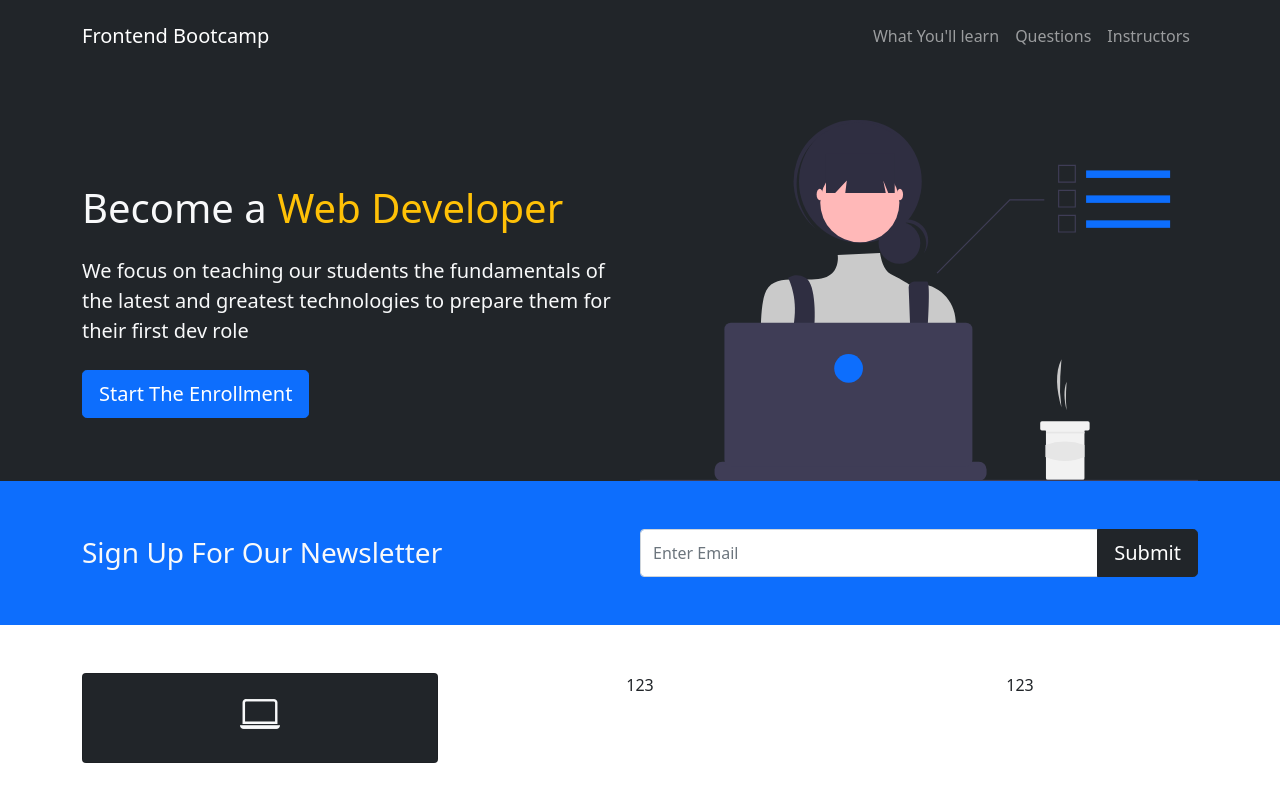
Repository: Marhamat92/Bootstrap5-Responsive-Website-
Page: index.html
These files come from the project's save history. The page is drawn as it stood at one moment and after the next save; the edit follows.
The browser window is 1280 px wide. The pictures show the whole page.
Some web libraries are served in a nearby version.

Above is the page before, as saved 2021-09-18 17:13:55.

### index.html
<!DOCTYPE html>
<html lang="en">

<head>
    <meta charset="UTF-8">
    <meta http-equiv="X-UA-Compatible" content="IE=edge">
    <meta name="viewport" content="width=device-width, initial-scale=1.0">
    <link href="https://cdn.jsdelivr.net/npm/bootstrap@5.0.2/dist/css/bootstrap.min.css" rel="stylesheet"
        integrity="sha384-EVSTQN3/azprG1Anm3QDgpJLIm9Nao0Yz1ztcQTwFspd3yD65VohhpuuCOmLASjC" crossorigin="anonymous">
        <link rel="stylesheet" href="https://cdn.jsdelivr.net/npm/bootstrap-icons@1.3.0/font/bootstrap-icons.css">
    <link rel="stylesheet" href="style.css">
    <title>Frontend Bootcamp</title>

</head>

<body>
    <!--Navbar-->
    <nav class="navbar navbar-expand-lg bg-dark navbar-dark py-3">
        <div class="container">
            <a href="#" class="navbar-brand">Frontend Bootcamp</a>
            <button class="navbar-toggler" type="button" data-bs-toggle="collapse" data-bs-target="#navmenu">
                <span class="navbar-toggler-icon"></span>
            </button>
            <div class="collapse navbar-collapse" id="navmenu">
                <ul class="navbar-nav ms-auto">
                    <li class="nav-item">
                        <a href="#learn" class="nav-link">What You'll learn</a>
                    </li>
                    <li class="nav-item">
                        <a href="#questions" class="nav-link">Questions</a>
                    </li>
                    <li class="nav-item">
                        <a href="#instructors" class="nav-link">Instructors</a>
                    </li>
                </ul>
            </div>
        </div>
    </nav>

<!--Showcase-->

<section class="bg-dark text-light p-5 p-lg-0 pt-lg-5 text-center text-sm-start">
    <div class="container">
      <div class="d-sm-flex align-items-center justify-content-between">
          <div>
              <h1>Become a <span class="text-warning">Web Developer</span> </h1>
              <p class="lead my-4">We focus on teaching our students the fundamentals of the latest and
                  greatest technologies to prepare them for their first dev role
              </p>
              <button class="btn btn-primary btn-lg">Start The Enrollment</button>
          </div>
          <img class="img-fluid w-50 d-none d-sm-block" src="img/showcase.svg" alt="showcase">
      </div>
    </div>
</section>


<!--Newsletter-->
<section class=" bg-primary text-light p-5">
    <div class="container">
      <div class="d-md-flex justify-content-between align-items-center">
        <h3 class="mb-3 mb-md-0">Sign Up For Our Newsletter</h3>
        <div class="input-group news-input">
            <input type="text" class="form-control" placeholder="Enter Email" >
            <button class="btn btn-dark btn-lg" type="button" >Submit</button>
          </div>

      </div>
    </div>
</section>

<!--Boxes-->
 <section class="p-5">
  <div class="container">
   <div class="row text-center">
       <div class="col-md">
           <div class="card bg-dark text-light">
            <div class="card-body text-center">
                <div class="h1"><i class="bi bi-laptop"></i>
                </div>
            </div>
           </div>


       </div>
       <div class="col-md">123</div>
       <div class="col-md">123</div>
   </div>
  </div>
 </section>






















    <script src="https://cdn.jsdelivr.net/npm/bootstrap@5.0.2/dist/js/bootstrap.bundle.min.js"
        integrity="sha384-MrcW6ZMFYlzcLA8Nl+NtUVF0sA7MsXsP1UyJoMp4YLEuNSfAP+JcXn/tWtIaxVXM" crossorigin="anonymous">
    </script>
</body>

</html>

### style.css
@media (min-width:768px) {
    .news-input{
        width:50%;
    }
}

After the next save:
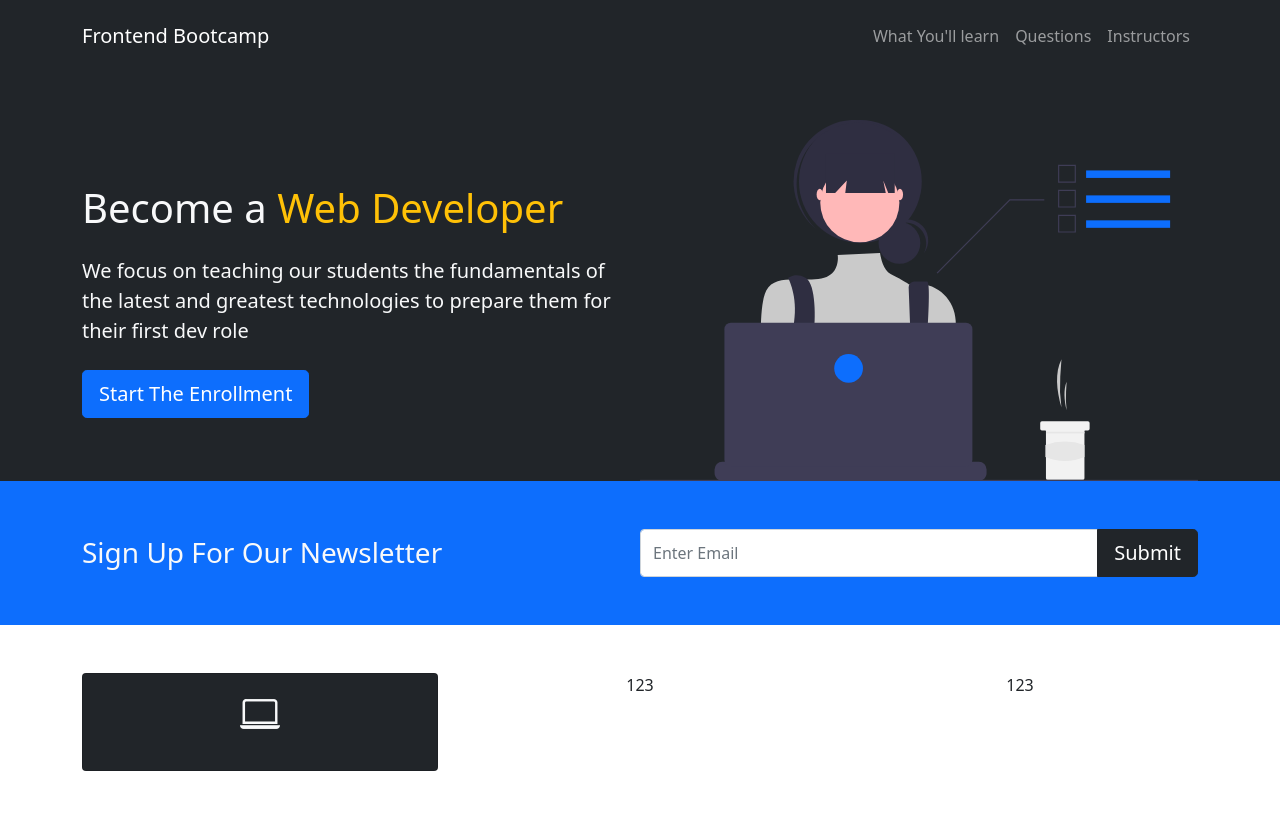
Saved 13 s later.
--- a/index.html
+++ b/index.html
@@ -76,7 +76,7 @@
        <div class="col-md">
            <div class="card bg-dark text-light">
             <div class="card-body text-center">
-                <div class="h1"><i class="bi bi-laptop"></i>
+                <div class="h1 mb-3"><i class="bi bi-laptop"></i>
                 </div>
             </div>
            </div>
